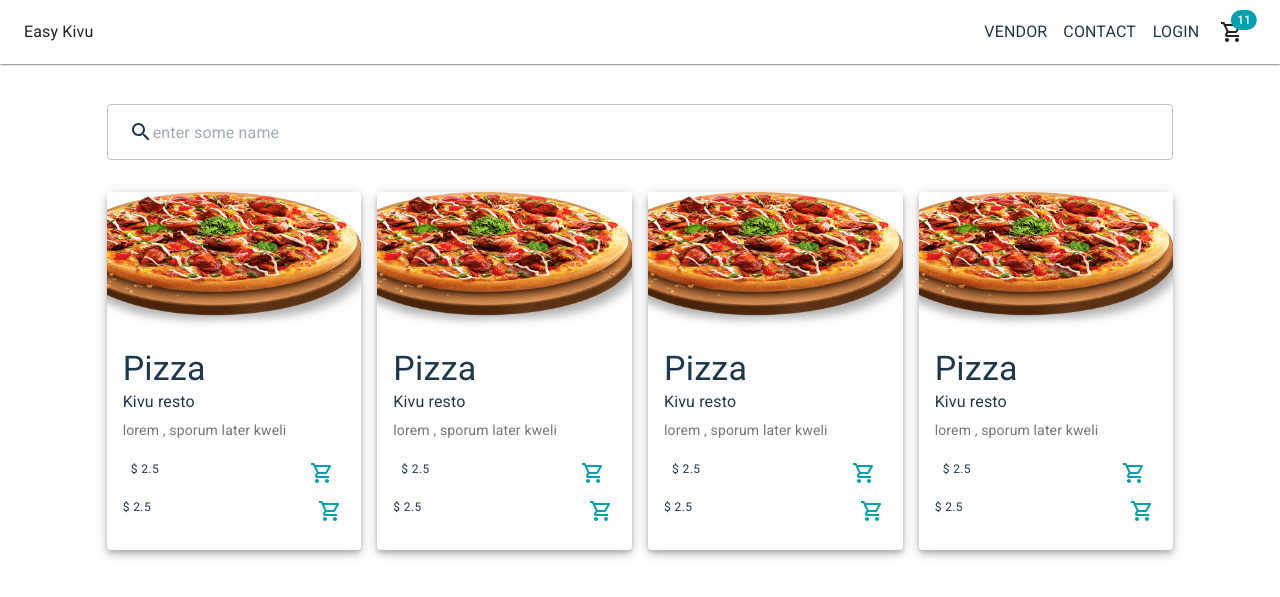
Repository: kilamaelie/jokes-dapp
Page: /
These files come from the project's save history. The page is drawn as it stood at one moment and after the next save; the edit follows.
The browser window is 1280 px wide. The pictures show the whole page.
The project was rebuilt for these pictures with package versions that can differ from the ones it lists, and the page was loaded fresh each time. Also part of the build but not shown: src/ui/page/dashboard/dashboard.js.

Above is the page before, as saved 2021-06-28 02:47:10.

After the next save:
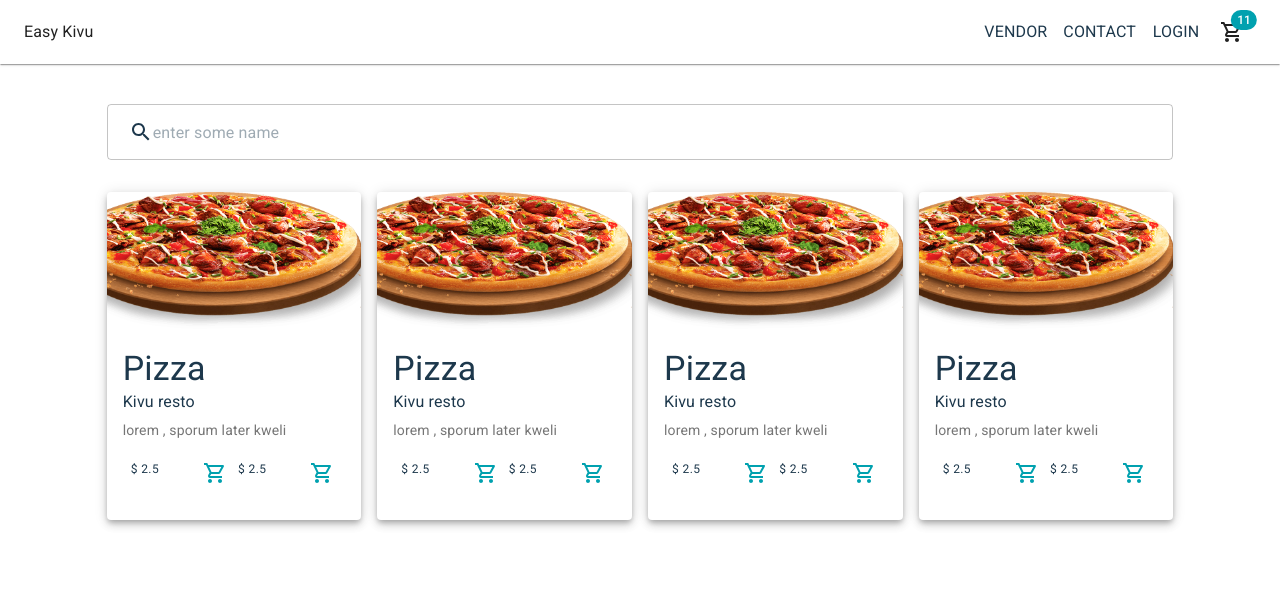
Saved 30 s later.
--- a/src/ui/page/website/screen/widget/card.js
+++ b/src/ui/page/website/screen/widget/card.js
@@ -46,8 +46,7 @@ const CardItem =()=>{
               </Grid>
             </Grid>
           </Grid>
-        </CardActions>
-        <Grid container>
+          <Grid container>
             <Grid item sm={6} md={6} xs={6} justify="center">
               <Typography variant="caption">
                 $ 2.5
@@ -61,6 +60,8 @@ const CardItem =()=>{
               </Grid>
             </Grid>
           </Grid>
+        </CardActions>
+
         </CardContent>
       </Card>
     )
